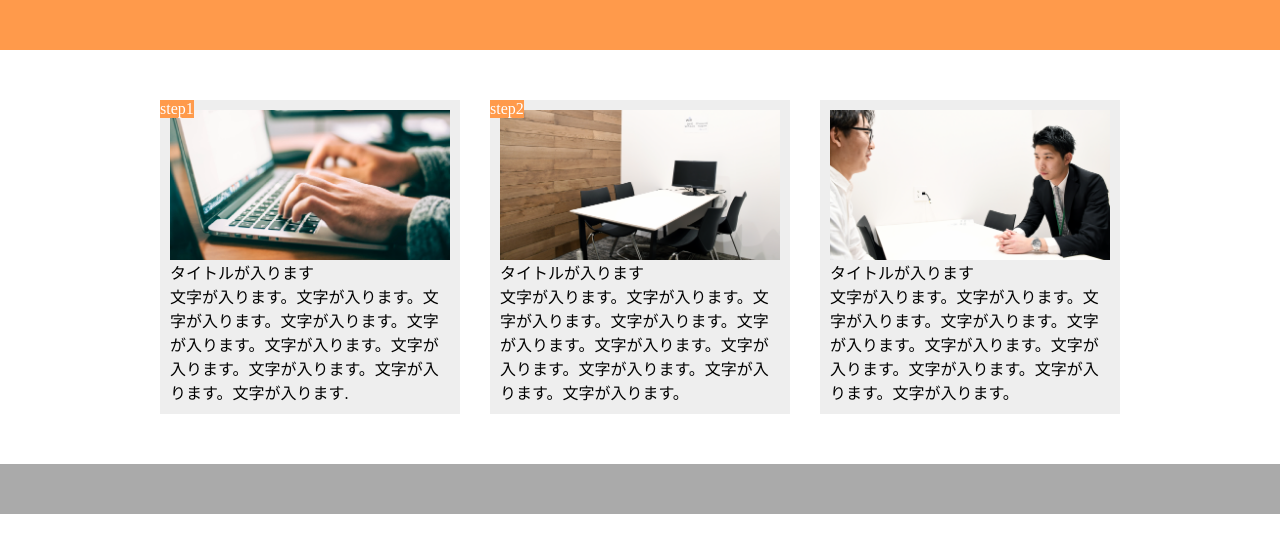
Repository: wakasugisatoi/git
Page: chapter9/index.html
The author's editor kept a record of every edit. The page is drawn from the files as they stood at one moment, then again after the next edit.
The browser window is 1280 px wide. The pictures show the whole page.

Above is the page before.

### chapter9/index.html
<!DOCTYPE html>
<html lang="ja">
  <head>
   <meta charset="UTF-8"/>
   <title>課題１</title>
   <link rel="stylesheet" href="style.css" />
  </head>

  <body>
    <header></header>

    <main>
      <div class="main-box">
        <div class="main-img1"></div>
        <span class="main-num">step1</span>
        <h3　class=main-title>タイトルが入ります</h3>
          <p class=main-text>
            文字が入ります。文字が入ります。文字が入ります。文字が入ります。文字が入ります。文字が入ります。文字が入ります。文字が入ります。文字が入ります。文字が入ります.</p>
      </div>

      <div class="main-box">
        <div class="main-img2"></div>
        <span class="main-num">step2</span>
        <h3　class=main-title>タイトルが入ります</h3>
         <p class=main-text>文字が入ります。文字が入ります。文字が入ります。文字が入ります。文字が入ります。文字が入ります。文字が入ります。文字が入ります。文字が入ります。文字が入ります。</p>
      </div>

      <div class="main-box">
        <div class="main-img3"></div>
        <section class="main-text">
          <h3　class=main-text-title>タイトルが入ります</h3>
          <p class=main-text-sentence>文字が入ります。文字が入ります。文字が入ります。文字が入ります。文字が入ります。文字が入ります。文字が入ります。文字が入ります。文字が入ります。文字が入ります。</p>
        </section>
      </div>
    </main>

    <footer> </footer>
  </body>
</html>

### chapter9/style.css
*{
  margin: 0;
  padding: 0;
  box-sizing: border-box;
}

header{
  /*width: 100%;*/
  height: 50px;
  background-color: #ff9a4b;

}

main{
  width: 960px;
  /*height: 300px;*/
  margin: 50px auto;
  display:flex;
}

.main-box{
  width: 300px;
  /*height: 250px;*/
  margin-right: 30px;
  padding: 10px;
  position:  relative;
  background-color:#EEEEEE;
  /*margin: 0 auto;*/
  /*float: left;*/
}

 .main-box:last-child{
   margin-right: 0
 }


.main-img1{
  height: 150px;
  background-image: url(./flow01.png);
  background-position: bottom;
  background-size: cover;
}

.main-img2{
  height: 150px;
  background-image: url(./flow02.png);
  background-position: bottom;
  background-size: cover;
}

.main-img3{
  height: 150px;
  background-image: url(./flow03.png);
  background-position: bottom;
  background-size: cover;
}

.main-num{
  position: absolute;
  top: 0;
  left: 0;
  background-color: #ff9a4b;
  color: #fff;
}

.main-title{
  margin:15px 0 5px;
}

footer{
  /*width: 100%;*/
  height: 50px;
  background-color: #aaaaaa
}

@media screen and (max-width:768px){
  main{
    width: 100%;
    display: block;
  }

  .main-box{
    width: 90%;
    margin-bottom: 20px;
  }

  .main-box:last-child{
    margin-bottom: 0;
  }

  .
}

After the next edit:
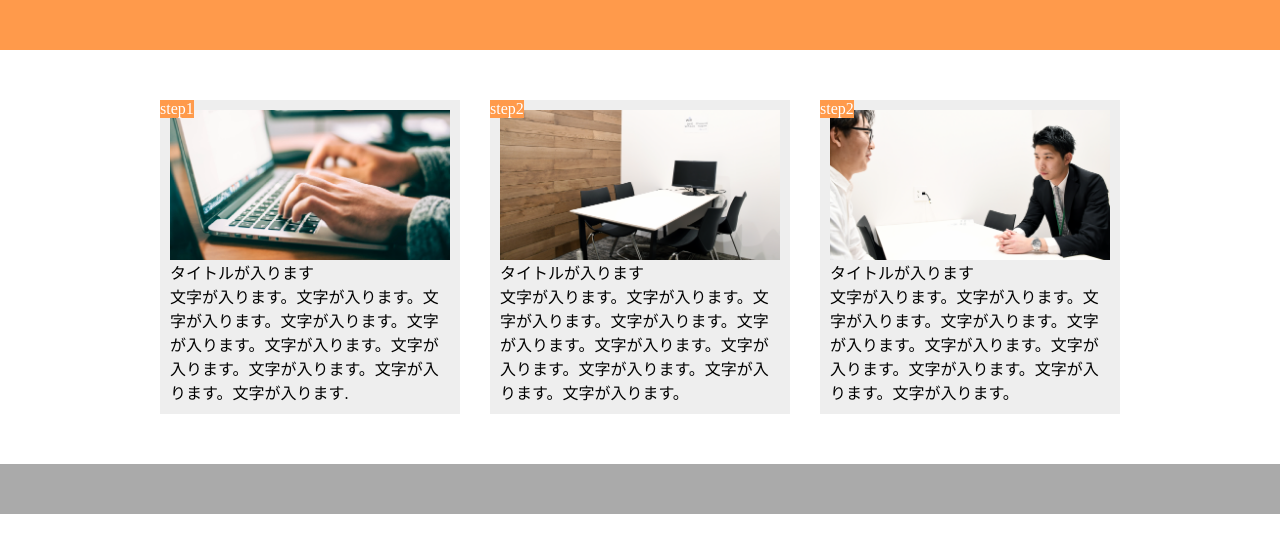
The edit:
--- a/chapter9/index.html
+++ b/chapter9/index.html
@@ -27,10 +27,9 @@
 
       <div class="main-box">
         <div class="main-img3"></div>
-        <section class="main-text">
-          <h3　class=main-text-title>タイトルが入ります</h3>
-          <p class=main-text-sentence>文字が入ります。文字が入ります。文字が入ります。文字が入ります。文字が入ります。文字が入ります。文字が入ります。文字が入ります。文字が入ります。文字が入ります。</p>
-        </section>
+        <span class="main-num">step2</span>
+        <h3　class=main-title>タイトルが入ります</h3>
+        <p class=main-text>文字が入ります。文字が入ります。文字が入ります。文字が入ります。文字が入ります。文字が入ります。文字が入ります。文字が入ります。文字が入ります。文字が入ります。</p>
       </div>
     </main>
 
